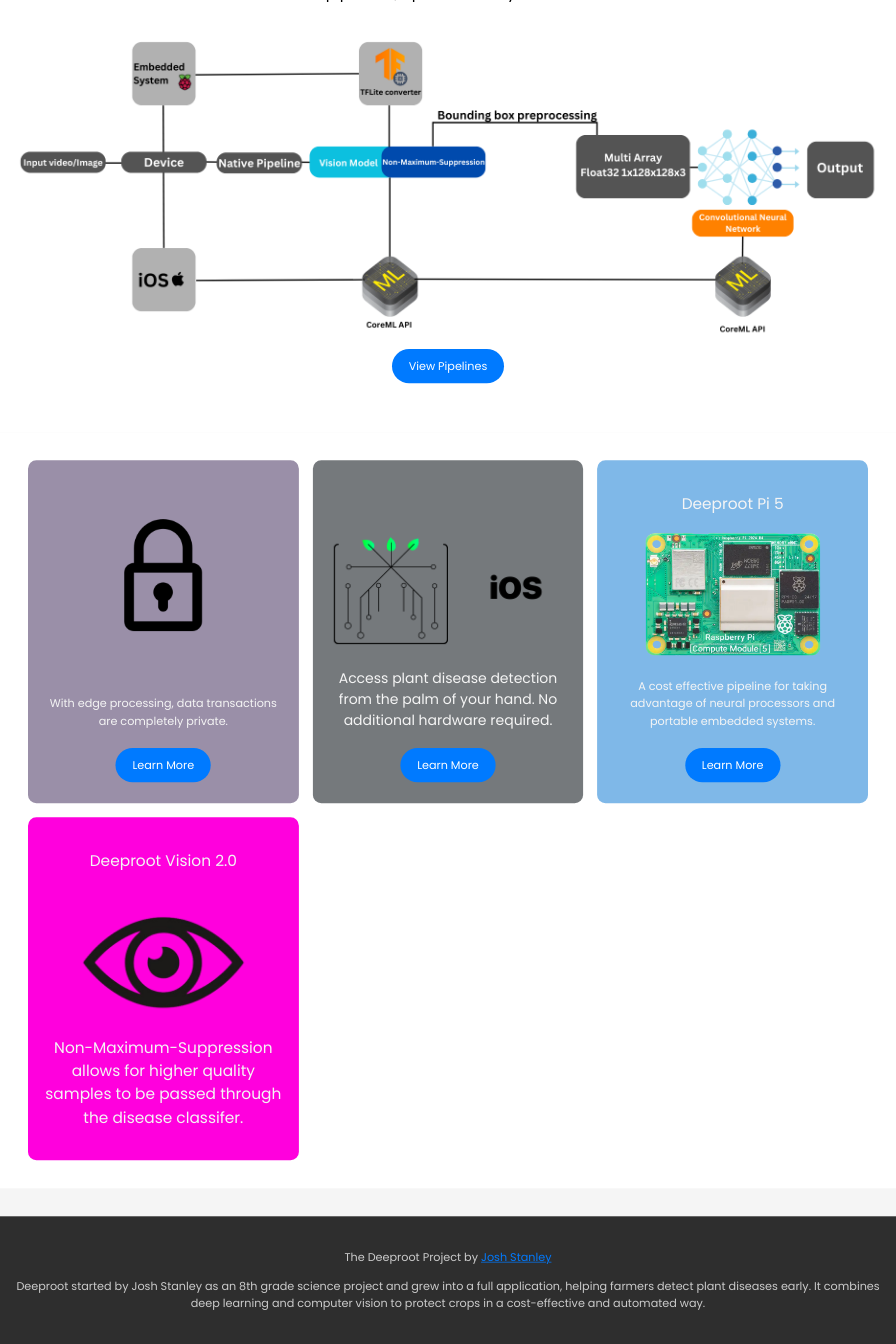
Repository: jss1118/The-Deeproot-Project
Page: Website/index.html
These files come from the project's save history. The page is drawn as it stood at one moment and after the next save; the edit follows.
The browser window is 1280 px wide. The pictures show the part of the page from y = 1292 to 3212 px (the page is 3212 px tall), at 70% of full size.

Above is the page before, as saved 2025-03-22 06:30:34.

### Website/index.html
<!DOCTYPE html>
<html lang="en">

<head>
  <meta charset="UTF-8">
  <meta name="viewport" content="width=device-width, initial-scale=1.0">
  <title>Deeproot A.I</title>
  <link href="https://fonts.googleapis.com/css2?family=Poppins:wght@400;600&display=swap" rel="stylesheet">
  <style>
    body {
      margin: 0;
      font-family: 'Poppins', sans-serif;
      overflow-x: hidden;
      background-color: #f5f5f5;
    }

    nav {
      background: rgba(22, 22, 22, 0.9);
      position: sticky;
      top: 0;
      width: 100%;
      z-index: 1000;
      display: flex;
      justify-content: center;
    }

    .navlinks {
      list-style: none;
      display: flex;
      gap: 30px;
      padding: 15px;
      margin: 0;
    }

    .navlink, .navicon svg {
      color: #d3d3d3;
      text-decoration: none;
      transition: color 0.3s;
    }

    .navlink:hover, .mainpagelink a:hover {
      color: white;
    }

    .mainpage2, .mainpage3, .mainpage4 {
      padding: 60px 20px;
      text-align: center;
    }

    .mainpage2 {
      background: linear-gradient(135deg, #2e2e2e, #4f4f4f);
      color: white;
    }

    .mainpage2 img, .mainpage3 img, .promo1 img {
      max-width: 100%;
      height: auto;

    }

    .mp2-title1 {
      font-size: 56px;
      font-weight: 600;
      margin-bottom: 15px;
    }

    .mp2-desc, .mp3desc, .titlefont {
      font-size: 22px;
      margin-bottom: 25px;
    }
    .promo4title {
      font-size: 22px;
      margin-bottom: 5px;
      position: relative;
      bottom: 67px;
    }
    .mainpagelink a {
      display: inline-block;
      margin: 10px;
      padding: 12px 24px;
      background: #007aff;
      color: white;
      border-radius: 25px;
      text-decoration: none;
      transition: background 0.3s;
    }

    .mainpage3 {
      background: white;
    }

    .mainpage3 img {
      margin-top: 20px;
      border-radius: 12px;
    }

    .mainpage4 {
      display: grid;
      grid-template-columns: repeat(auto-fit, minmax(300px, 1fr));
      gap: 20px;
      background-color: white;
      padding: 40px;
    }

    .promo1, .promo2, .promo3, .promo4, .promo5, .promo6 {
      background-size: cover;
      background-position: center;
      height: 450px;
      display: flex;
      flex-direction: column;
      justify-content: flex-end;
      padding: 20px;
      color: white;
      border-radius: 12px;
      position: relative;
    }

    .promo1 img, .promo2 img, .promo3 img, .promo4 img, .promo5 img, .promo6 img {
      margin-bottom: 10px;
    }

    .promo1 {
      background-color: #9a8fa8;
      color: #f5f5f5;
    }
    .promo2 {
      background-color: #75797c;
      color: #f5f5f5;
      background-size: cover;
      background-position: center;
      height: 450px;
      display: flex;
      flex-direction: column;
      justify-content: flex-end;
      padding: 20px;
      border-radius: 12px;
      position: relative;
    }
    .promo2 p {
      font-size: 20px;
      margin-bottom: 15px;
    }

    .promo3 {
      background-color: #7fb8e8;
      color: #f5f5f5;
      background-size: cover;
      background-position: center;
      height: 450px;
      display: flex;
      flex-direction: column;
      justify-content: flex-end;
      padding: 20px;
      border-radius: 12px;
      position: relative;
    }
    .promo4 {
      background-color: #ff00dd;
      color: #f5f5f5;
      background-size: cover;
      background-position: center;
      height: 450px;
      display: flex;
      flex-direction: column;
      justify-content: flex-end;
      padding: 20px;
      border-radius: 12px;
      position: relative;

    }
    .promo1 img {
      width: 160px;
      height: auto;
      margin: 0 auto 15px auto;
      display: block;
      background: none;
      position: relative;
      bottom: 60px;
    }

    .promo2 img {
      width: 360px;
      height: 400px;
      margin: 0 auto 15px auto;
      display: block;
      border-radius: 10px;

      position: relative;
      top: 100px;
    }
    .promo3 img {
      width: 250px;
      height: 175px;
      margin: 0 auto 15px auto;
      display: block;
      border-radius: 10px;

      position: relative;

    }
    .promo4 img {
      position: relative;
      top: 100px;
    }
    .promo4title {
      position: relative;
      top: 150px;
    }


    footer {
      background-color: #2e2e2e;
      color: #ccc;
      text-align: center;
      padding: 30px 20px;
      margin-top: 40px;
    }

    footer a {
      color: #007aff;
      text-decoration: underline;
    }

    @media (max-width: 768px) {
      .mp2-title1 { font-size: 40px; }
      .mp2-desc, .mp3desc { font-size: 18px; }
      .mainpagelink a { padding: 10px 20px; }
    }
  </style>
</head>

<body>
  <nav>
    <ul class="navlinks">
      <li><a class="navlink" href="/">iOS</a></li>
      <li><a class="navlink" href="/applestore">Raspberry Pi 5</a></li>
      <li><a class="navlink" href="/">Native</a></li>
      <li><a class="navlink" href="/">State-of-the-art Models</a></li>
      <li><a class="navlink" href="/">Developers</a></li>
    </ul>
  </nav>

  <section class="mainpage2">
    <h1 class="mp2-title1">Deeproot</h1>
    <p class="mp2-desc">Portable. Fast. Secure.</p>
    <p class="mp2-desc">The all-in-one automated solution for early plant disease detection.</p>
    <div class="mainpagelink"><a href="#">Learn More</a></div>
    <img src="wide logo.png" alt="Deeproot Logo">
  </section>

  <section class="mainpage3">
    <p class="mp3desc">Three pipelines, optimized for your use case.</p>
    <img src="newgraph.png" alt="Machine Learning Pipelines">
    <div class="mainpagelink"><a href="#">View Pipelines</a></div>
  </section>

  <section class="mainpage4">
    <div class="promo1">
      <img src="lock.fill.png" alt="Promo icon">
      <p>With edge processing, data transactions are completely private. </p>
      <div class="mainpagelink"><a href="#">Learn More</a></div>
    </div>
    <div class="promo2">
      <img src="deeprootios.png" alt="ios icon">
      <p>Access plant disease detection from the palm of your hand. No additional hardware required.</p>
      <div class="mainpagelink"><a href="#">Learn More</a></div>
    </div>



    <div class="promo3">
      <p class="titlefont">Deeproot Pi 5</p>
      <img src="piembedded.png" alt="Raspberry pi embedded">
      <p>A cost effective pipeline for taking advantage of neural processors and portable embedded systems.</p>
      <div class="mainpagelink"><a href="#">Learn More</a></div>
    </div>
    <div class="promo4">
      <p class="promo4title">Deeproot Vision 2.0</p>
      <img src="eye.png" alt="eye image">
      <p class="mp3desc">Non-Maximum-Suppression allows for higher quality samples to be passed through the disease classifer.</p>
    </div>
    <div class="promo5"></div>
    <div class="promo6"></div>
  </section>

  <footer>
    <p>The Deeproot Project by <a href="https://github.com/jss1118/Deeproot-AI">Josh Stanley</a></p>
    <p>Deeproot started by Josh Stanley as an 8th grade science project and grew into a full application, helping farmers detect plant diseases early. It combines deep learning and computer vision to protect crops in a cost-effective and automated way.</p>
  </footer>
</body>
</html>

After the next save:
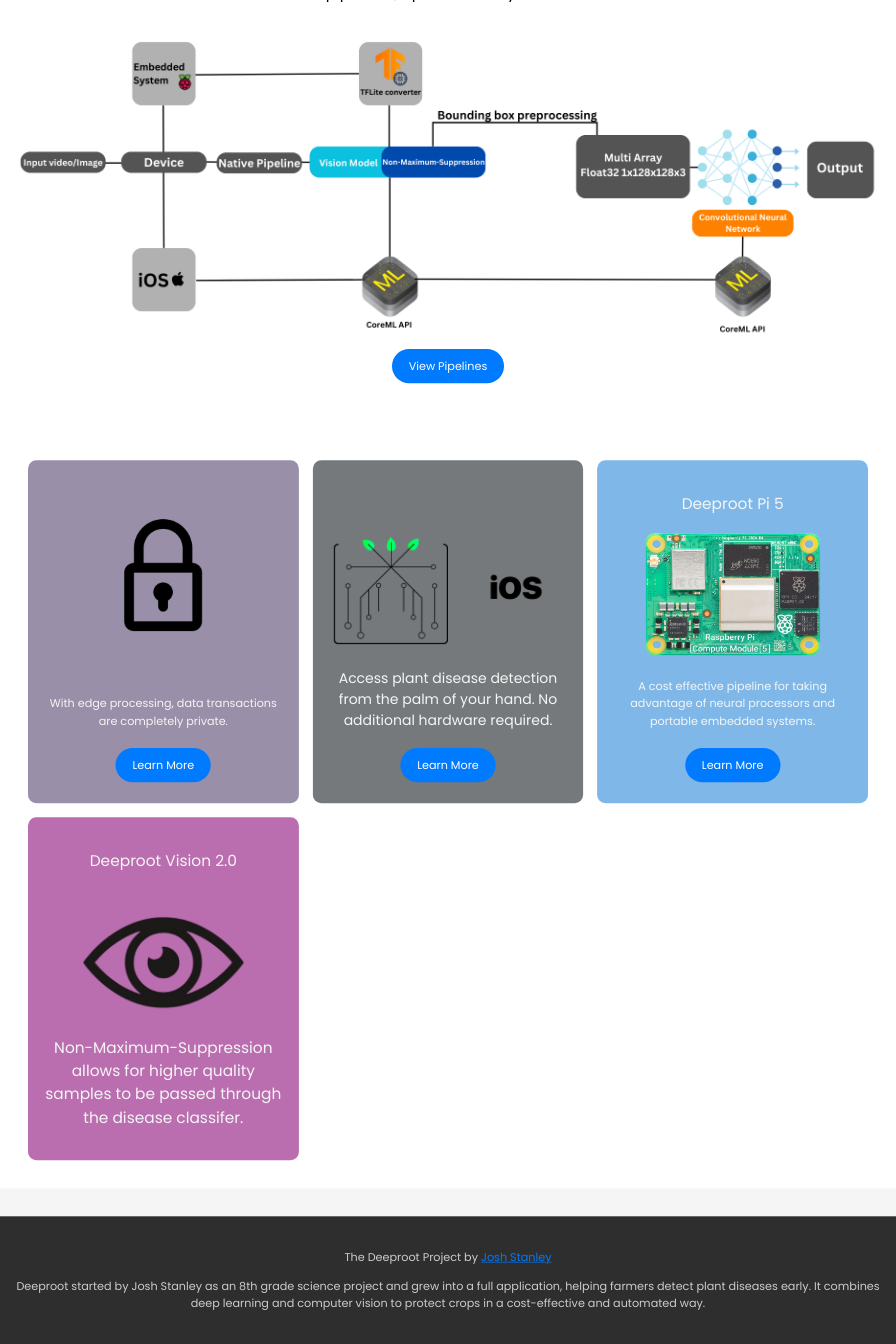
Saved 14 s later.
--- a/Website/index.html
+++ b/Website/index.html
@@ -155,7 +155,7 @@
       position: relative;
     }
     .promo4 {
-      background-color: #ff00dd;
+      background-color: #ba6eb0;
       color: #f5f5f5;
       background-size: cover;
       background-position: center;
